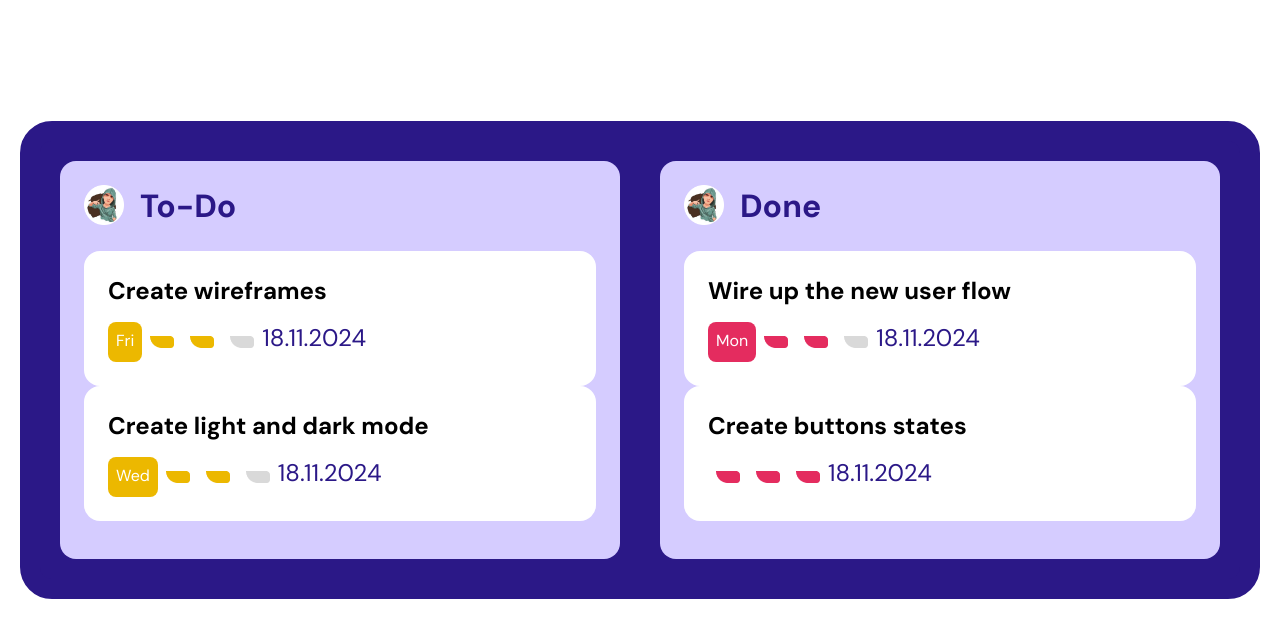
Repository: VitasYo/Kanban
Page: index.html
An editor plug-in stored every save of this project. The page is shown before and after the next save, followed by the edit.
The browser window is 1280 px wide. The pictures show the whole page.

Above is the page before, as saved 2024-04-15 20:08:38.

### index.html
<!DOCTYPE html>
<html lang="en">
<head>
  <meta charset="UTF-8">
  <meta name="viewport" content="width=device-width, initial-scale=1.0">
  <link rel="stylesheet" href="./src/assets/css/index.css">
  <title>To-Do-List-Kanban</title>
</head>
<body>
  <main class="kanban">
    <section class="kanban__column">
      <div class="kanban__title_and_icon">
        <img height=40 width=40 src="src/assets/img/Avatar.jpg" alt="Аватар">
        <h2 class="kanban__title">To-Do</h2>
      </div>
      <div class="card">
        <div class="card_title">Create wireframes</div>
        <div class="card_items">
          <div class="card_pin_yel">Fri</div>
          <div class="card_scale">
            <img class="card_scale_item" src="src/assets/img/yel_rect.png">
            <img class="card_scale_item" src="src/assets/img/yel_rect.png">
            <img class="card_scale_item" src="src/assets/img/grey_rect.png">
          </div>
          <div class="card_date">18.11.2024</div>
        </div>
      </div>
      <div class="card">
        <div class="card_title">Create light and dark mode</div>
        <div class="card_items">
          <div class="card_pin_yel">Wed</div>
          <div class="card_scale">
            <img class="card_scale_item" src="src/assets/img/yel_rect.png">
            <img class="card_scale_item" src="src/assets/img/yel_rect.png">
            <img class="card_scale_item" src="src/assets/img/grey_rect.png">
          </div>
          <div class="card_date">18.11.2024</div>
        </div>
      </div>
    </section>

    <section class="kanban__column">
      <div class="kanban__title_and_icon">
        <img height=40 width=40 src="src/assets/img/Avatar.jpg" alt="Аватар">
        <h2 class="kanban__title">Done</h2>
      </div>
      <div class="card">
        <div class="card_title">Wire up the new user flow</div>
        <div class="card_items">
          <div class="card_pin_red">Mon</div>
          <div class="card_scale">
            <img class="card_scale_item" src="src/assets/img/red_rect.png">
            <img class="card_scale_item" src="src/assets/img/red_rect.png">
            <img class="card_scale_item" src="src/assets/img/grey_rect.png">
          </div>
          <div class="card_date">18.11.2024</div>
        </div>
      </div>
      <div class="card">
        <div class="card_title">Create buttons states</div>
        <div class="card_items">
          <div class="card_scale">
            <img class="card_scale_item" src="src/assets/img/red_rect.png">
            <img class="card_scale_item" src="src/assets/img/red_rect.png">
            <img class="card_scale_item" src="src/assets/img/red_rect.png">
          </div>
          <div class="card_date">18.11.2024</div>
        </div>
      </div>
    </section>
  </main>
  </body>
<script src="./src/assets/js/index.js"></script>
</html>

### src/assets/css/index.css
@import url('https://fonts.googleapis.com/css2?family=DM+Sans:opsz,wght@9..40,100;9..40,200;9..40,300;9..40,400;9..40,500;9..40,600;9..40,700;9..40,800;9..40,900;9..40,1000&display=swap');
@import './component/_kanban.css';
@import './_media.css';



* {
  font-family: 'DM Sans', sans-serif;
}

* {
  box-sizing: border-box;
  margin: 0;
  padding: 0;
}

body {
  font-family: 'Arial', sans-serif;
  background-color: white;
  color: white;
  display: flex;
  flex-direction: column;
  min-height: 100vh;
}


.header__title,
.footer__text {
  margin: 0;
  padding: 10px 0;
}

.container {
  width: 100%;
  padding-right: 15px;
  padding-left: 15px;
  margin-right: auto;
  margin-left: auto;
}

### src/assets/css/component/_kanban.css
.kanban {
    display: flex;
    flex-wrap: wrap;
    justify-content: space-around;
    flex-grow: 1;
    flex: 0 0 100%;
    border-radius: 32px;
    border: 20px solid #2B1887;
    background-color: #2B1887;
    display: grid;
    grid-template-columns: 1fr 1fr;
    margin: auto;
}

.kanban__column {
    height: 398px;
    width: 560px;
    background-color: #D5CCFF;
    border-radius: 16px;
    padding: 24px;
    margin: 20px;
}

.kanban__title_and_icon {
    display: flex;
    width: 560px;
    margin-bottom: 24px;

}

.kanban__title {
    color: #2B1887;
    font-size: 32px;
    padding-left: 16px;
}

.card {
    background-color: white;
    border: 24px solid;
    border-radius: 16px;
}

.card_title {
    color: black;
    font-size: 24px;
    font-weight: bold;
}

.card_items {
    margin-top: 16px;
    display: flex;
}

.card_pin_yel {
    padding: 8px;
    border-radius: 8px;
    background-color: #ECB800;
}

.card_pin_red {
    padding: 8px;
    border-radius: 8px;
    background-color: #E42C5F;
}

.card_scale {
    display: flex;
}


.card_scale_item {
    padding: 8px;
}

.card_date {
    font-size: 24px;
    color: #2B1887;
}

### src/assets/css/_media.css
@media (min-width: 576px) {
    .container {
        max-width: 540px;
    }
}

@media (min-width: 768px) {
    .container {
        max-width: 720px;
    }
}

@media (min-width: 992px) {
    .container {
        max-width: 960px;
    }
}

@media (min-width: 1200px) {
    .container {
        max-width: 1140px;
    }
}

@media (min-width: 1400px) {
    .container {
        max-width: 1320px;
    }
}

@media screen and (min-width: 640px) {
    .kanban__column {
        flex: 0 0 calc(33.333% - 20px);
    }
}

Loaded but not shown: src/assets/js/index.js (no stored copy; drawn as an empty file)

After the next save:
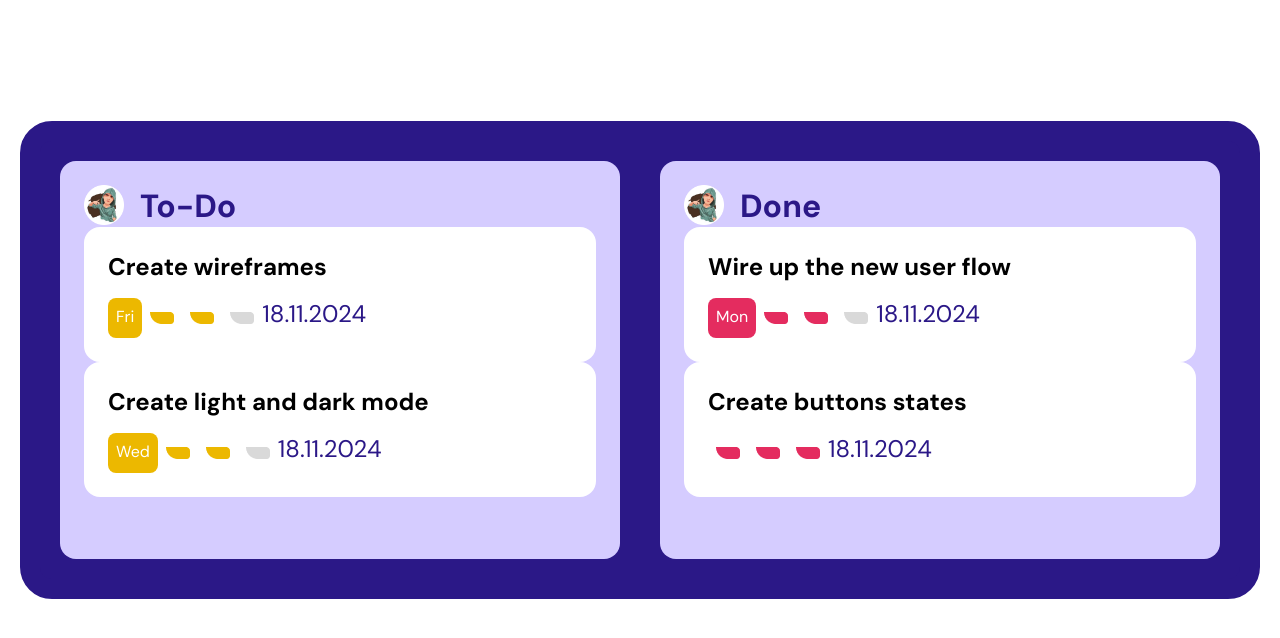
Saved 48 s later.
--- a/src/assets/css/component/_kanban.css
+++ b/src/assets/css/component/_kanban.css
@@ -24,8 +24,6 @@
 .kanban__title_and_icon {
     display: flex;
     width: 560px;
-    margin-bottom: 24px;
-
 }
 
 .kanban__title {
